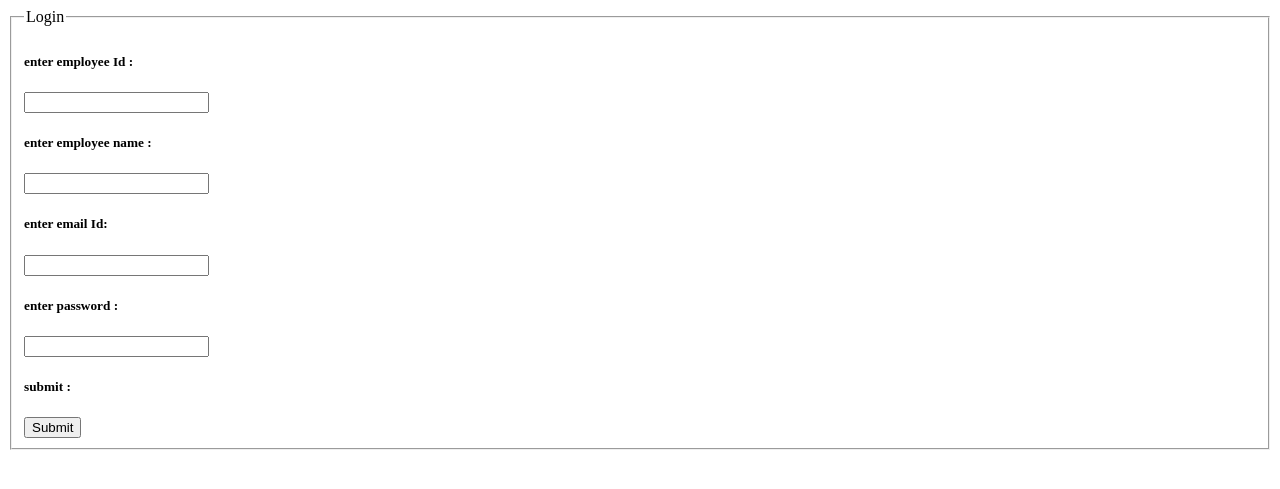
Repository: Tapaskrr/all-project
Page: http://localhost/check_check/WEB-INF/views/register.jsp
The author's editor kept a copy of each file at every save. The page is drawn from the files as they stood at one save, then again after the next save.
The browser window is 1280 px wide. The pictures show the whole page.
The page is served by Tomcat 9. Nobody is signed in. The template is opened directly, without the code that normally fills it, so the values that code supplies are empty.

Above is the page before, as saved 2022-10-23 16:59:31.

After the next save:
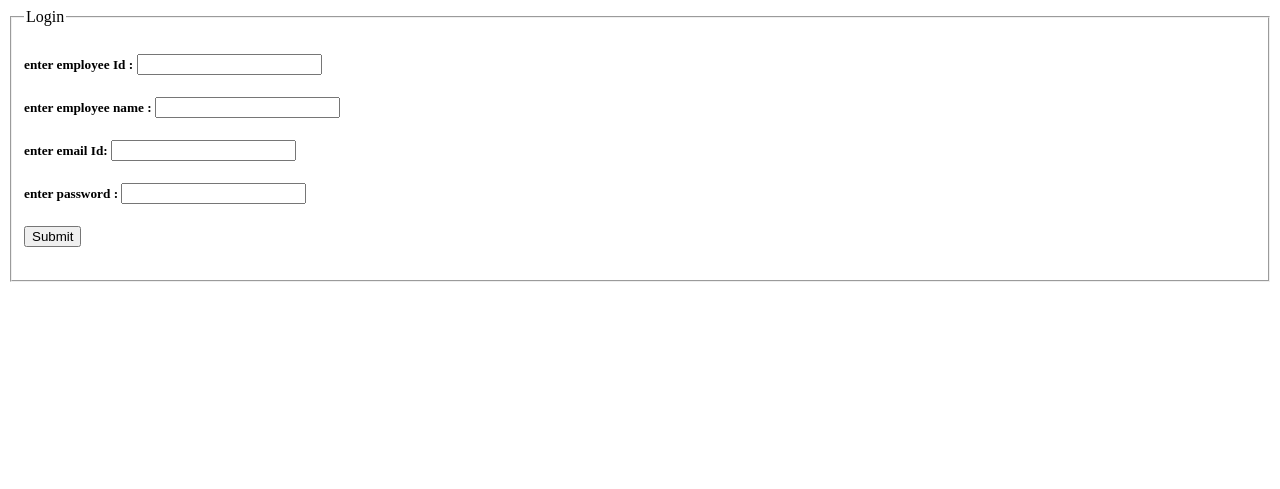
Saved 34 s later.
--- a/Eclipse New Workspace/check_check/src/main/webapp/WEB-INF/views/register.jsp
+++ b/Eclipse New Workspace/check_check/src/main/webapp/WEB-INF/views/register.jsp
@@ -12,20 +12,20 @@
 
 <form action="./registerPage">
 
-<h5>enter employee Id : </h5>
-<input type="text" name="userId">
+<h5>enter employee Id : <input type="text" name="userId"></h5>
 
-<h5>enter employee name : </h5>
-<input type="text" name="userName">
 
-<h5>enter email Id: </h5>
-<input type="text" name="userEmailId">
+<h5>enter employee name : <input type="text" name="userName"></h5>
 
-<h5>enter password : </h5>
-<input type="text" name="userPwdId">
 
-<h5>submit : </h5>
-<input type="submit" name="userSubmit">
+<h5>enter email Id: <input type="text" name="userEmailId"></h5>
+
+
+<h5>enter password : <input type="text" name="userPwdId"></h5>
+
+
+<h5><input type="submit" name="userSubmit"></h5>
+
 
 
 
